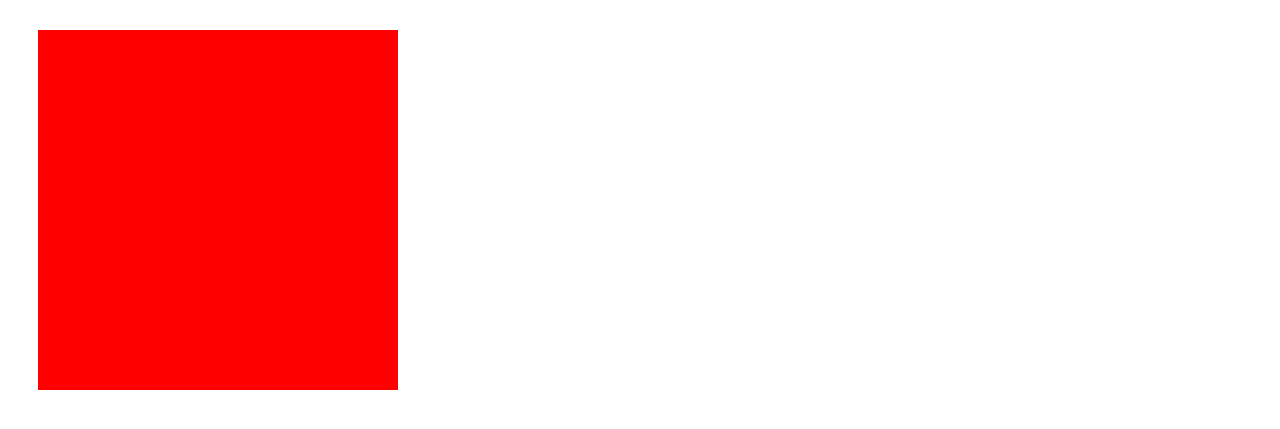
Repository: yuu3176/theme1
Page: box/box.html
The author's editor kept a record of every edit. The page is drawn from the files as they stood at one moment, then again after the next edit.
The browser window is 1280 px wide. The pictures show the whole page.

Above is the page before.

After the next edit:
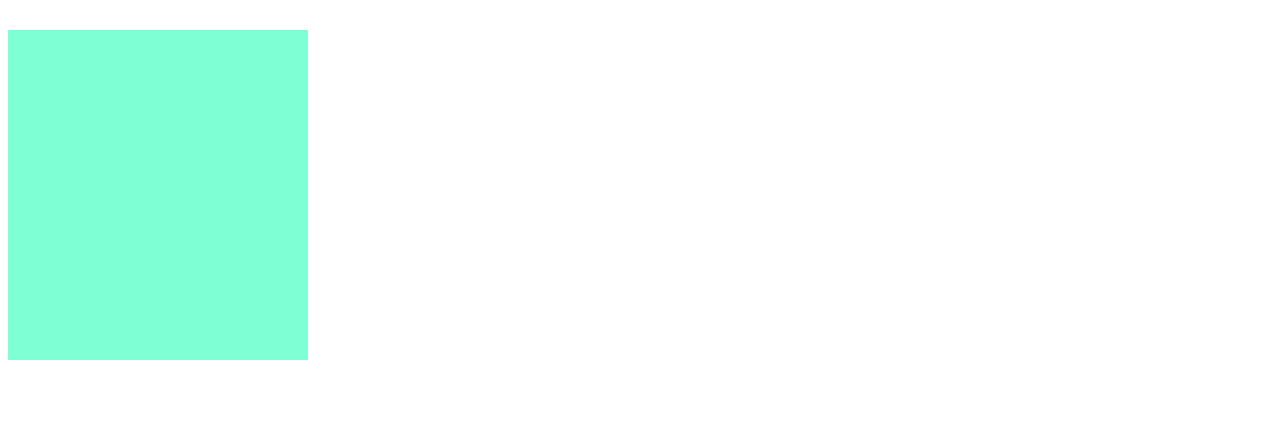
The edit:
--- a/box/box.css
+++ b/box/box.css
@@ -1,9 +1,9 @@
 .box1{
   width: 300px;
   height: 300px;
-  background-color: #FF0000;
-  margin:30px;
-  padding:30px;
+  background-color: #7fffd4;
+  margin-top:30px;
+  padding-bottom:30px;
 }
 .box2{
   width:100px;
